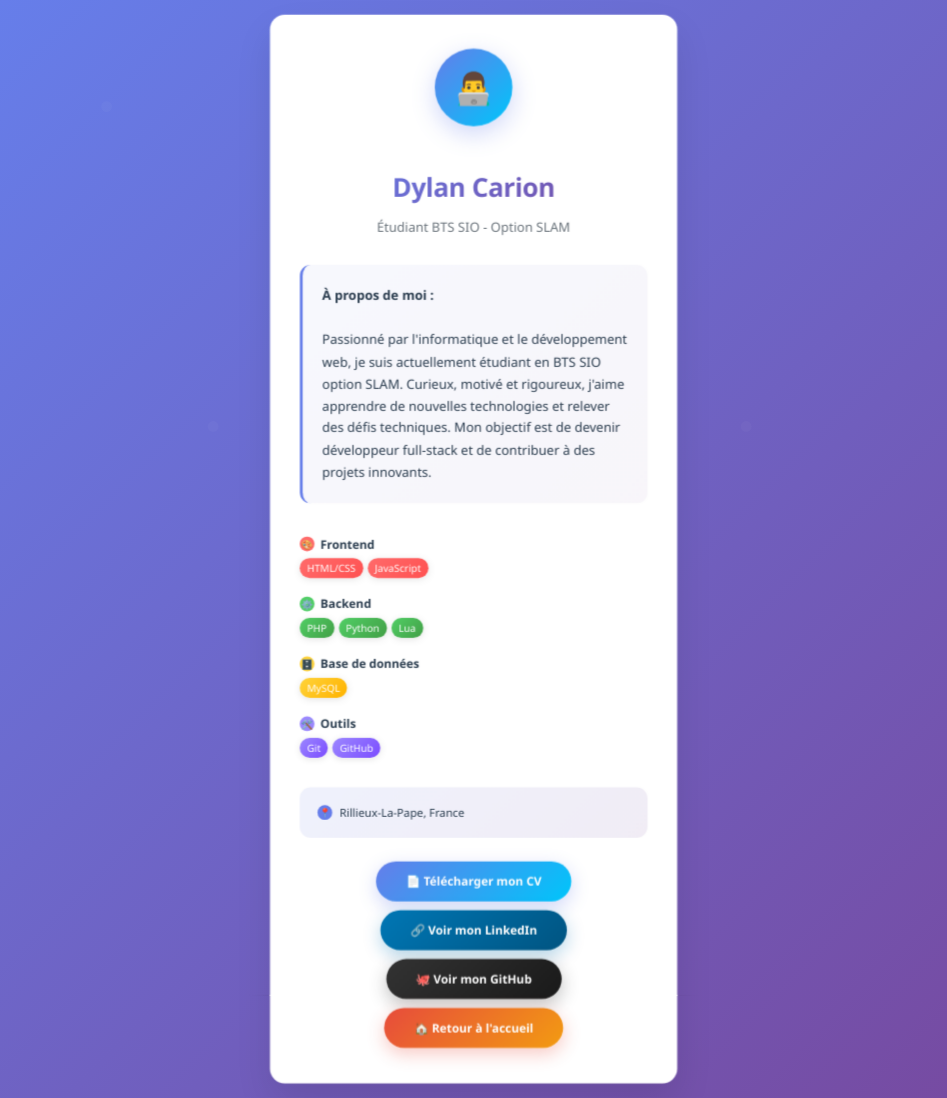
Repository: gato2fraises/Portfolio
Page: cv.html
The author's editor kept a copy of each file at every save. The page is drawn from the files as they stood at one save, then again after the next save.
The browser window is 1280 px wide. The pictures show the whole page, at 74% of full size.

Above is the page before, as saved 2025-09-10 15:34:13.

### cv.html
<!DOCTYPE html>
<html lang="fr">
<head>
    <meta charset="UTF-8">
    <title>Dylan Carion - CV</title>
    <meta name="viewport" content="width=device-width, initial-scale=1">
    <style>
        :root {
            --primary: #667eea;
            --secondary: #764ba2;
            --accent: #00c6fb;
            --linkedin: #0077b5;
            --github: #333333;
            --frontend: #ff6b6b;
            --backend: #51cf66;
            --database: #ffd43b;
            --tools: #9c88ff;
            --text: #2c3e50;
            --text-light: #6c757d;
            --white: #ffffff;
            --shadow: rgba(0, 0, 0, 0.1);
        }

        * {
            box-sizing: border-box;
            margin: 0;
            padding: 0;
        }

        body {
            font-family: 'Segoe UI', Tahoma, Geneva, Verdana, sans-serif;
            background: linear-gradient(135deg, var(--primary) 0%, var(--secondary) 100%);
            min-height: 100vh;
            display: flex;
            align-items: center;
            justify-content: center;
            padding: 20px;
            position: relative;
            overflow-x: auto;
        }

        /* Animation de fond */
        body::before {
            content: '';
            position: fixed;
            top: 0;
            left: 0;
            width: 100%;
            height: 100%;
            background: url('data:[embedded picture, 425 characters]');
            pointer-events: none;
            z-index: 0;
        }

        .container {
            background: var(--white);
            padding: 3em 2.5em;
            border-radius: 20px;
            max-width: 550px;
            width: 100%;
            box-shadow:
                0 25px 50px var(--shadow),
                0 0 0 1px rgba(255, 255, 255, 0.2);
            backdrop-filter: blur(10px);
            text-align: center;
            position: relative;
            z-index: 1;
            animation: slideInUp 0.8s cubic-bezier(0.16, 1, 0.3, 1);
        }

        @keyframes slideInUp {
            from {
                opacity: 0;
                transform: translateY(50px);
            }
            to {
                opacity: 1;
                transform: translateY(0);
            }
        }

        .profile-section {
            margin-bottom: 2.5em;
        }

        .avatar {
            width: 100px;
            height: 100px;
            border-radius: 50%;
            background: linear-gradient(135deg, var(--primary), var(--accent));
            margin: 0 auto 1.5em;
            display: flex;
            align-items: center;
            justify-content: center;
            font-size: 2.5em;
            color: var(--white);
            box-shadow: 0 10px 30px rgba(102, 126, 234, 0.3);
            animation: pulse 2s ease-in-out infinite;
        }

        @keyframes pulse {
            0%, 100% {
                transform: scale(1);
            }
            50% {
                transform: scale(1.05);
            }
        }

        h1 {
            color: var(--text);
            font-size: 2.2em;
            margin-bottom: 0.5em;
            font-weight: 700;
            letter-spacing: -0.5px;
            background: linear-gradient(135deg, var(--primary), var(--secondary));
            -webkit-background-clip: text;
            -webkit-text-fill-color: transparent;
            background-clip: text;
        }

        .subtitle {
            color: var(--text-light);
            font-size: 1.1em;
            margin-bottom: 2em;
            font-weight: 500;
        }

        .description {
            color: var(--text);
            font-size: 1.1em;
            line-height: 1.7;
            margin-bottom: 2.5em;
            text-align: left;
            background: linear-gradient(135deg, rgba(102, 126, 234, 0.05), rgba(118, 75, 162, 0.05));
            padding: 1.5em;
            border-radius: 15px;
            border-left: 4px solid var(--primary);
        }

        .skills-section {
            margin-bottom: 2.5em;
        }

        .skill-category {
            margin-bottom: 1.5em;
            text-align: left;
        }

        .skill-category:last-child {
            margin-bottom: 0;
        }

        .category-title {
            font-size: 1em;
            font-weight: 600;
            color: var(--text);
            margin-bottom: 8px;
            display: flex;
            align-items: center;
            gap: 8px;
        }

        .category-icon {
            width: 20px;
            height: 20px;
            border-radius: 50%;
            display: flex;
            align-items: center;
            justify-content: center;
            font-size: 0.8em;
            color: var(--white);
        }

        .frontend .category-icon {
            background: var(--frontend);
        }

        .backend .category-icon {
            background: var(--backend);
        }

        .database .category-icon {
            background: var(--database);
        }

        .tools .category-icon {
            background: var(--tools);
        }

        .skills {
            display: flex;
            flex-wrap: wrap;
            gap: 6px;
        }

        .skill-tag {
            color: var(--white);
            padding: 4px 10px;
            border-radius: 15px;
            font-size: 0.85em;
            font-weight: 500;
            box-shadow: 0 2px 8px rgba(0, 0, 0, 0.1);
            transition: transform 0.2s ease;
        }

        .skill-tag:hover {
            transform: translateY(-2px);
        }

        .frontend .skill-tag {
            background: linear-gradient(135deg, var(--frontend), #ff5252);
        }

        .backend .skill-tag {
            background: linear-gradient(135deg, var(--backend), #43a047);
        }

        .database .skill-tag {
            background: linear-gradient(135deg, var(--database), #ffb300);
        }

        .tools .skill-tag {
            background: linear-gradient(135deg, var(--tools), #7c4dff);
        }

        .contact-info {
            margin-bottom: 2em;
            padding: 1.5em;
            background: linear-gradient(135deg, rgba(102, 126, 234, 0.1), rgba(118, 75, 162, 0.1));
            border-radius: 15px;
            text-align: left;
        }

        .contact-item {
            display: flex;
            align-items: center;
            gap: 10px;
            margin-bottom: 10px;
            color: var(--text);
            font-size: 0.95em;
        }

        .contact-item:last-child {
            margin-bottom: 0;
        }

        .contact-icon {
            width: 20px;
            height: 20px;
            display: flex;
            align-items: center;
            justify-content: center;
            background: var(--primary);
            color: var(--white);
            border-radius: 50%;
            font-size: 0.8em;
        }

        .buttons {
            display: flex;
            flex-direction: column;
            gap: 12px;
            align-items: center;
        }

        .btn {
            display: inline-block;
            padding: 1em 2.5em;
            text-decoration: none;
            border-radius: 50px;
            font-weight: 600;
            font-size: 1em;
            transition: all 0.3s cubic-bezier(0.4, 0, 0.2, 1);
            position: relative;
            overflow: hidden;
            min-width: 200px;
            text-align: center;
        }

        .btn::before {
            content: '';
            position: absolute;
            top: 0;
            left: -100%;
            width: 100%;
            height: 100%;
            background: linear-gradient(90deg, transparent, rgba(255, 255, 255, 0.2), transparent);
            transition: left 0.5s;
        }

        .btn:hover::before {
            left: 100%;
        }

        .btn-primary {
            background: linear-gradient(135deg, var(--primary) 0%, var(--accent) 100%);
            color: var(--white);
            box-shadow: 0 8px 25px rgba(102, 126, 234, 0.3);
        }

        .btn-primary:hover {
            transform: translateY(-3px);
            box-shadow: 0 15px 35px rgba(102, 126, 234, 0.4);
        }

        .btn-linkedin {
            background: linear-gradient(135deg, var(--linkedin) 0%, #005582 100%);
            color: var(--white);
            box-shadow: 0 8px 25px rgba(0, 119, 181, 0.3);
        }

        .btn-linkedin:hover {
            transform: translateY(-3px);
            box-shadow: 0 15px 35px rgba(0, 119, 181, 0.4);
        }

        .btn-github {
            background: linear-gradient(135deg, var(--github) 0%, #1a1a1a 100%);
            color: var(--white);
            box-shadow: 0 8px 25px rgba(51, 51, 51, 0.3);
        }

        .btn-github:hover {
            transform: translateY(-3px);
            box-shadow: 0 15px 35px rgba(51, 51, 51, 0.4);
        }

        .btn-secondary {
            background: linear-gradient(135deg, #e74c3c 0%, #f39c12 100%);
            color: var(--white);
            box-shadow: 0 8px 25px rgba(231, 76, 60, 0.3);
        }

        .btn-secondary:hover {
            transform: translateY(-3px);
            box-shadow: 0 15px 35px rgba(231, 76, 60, 0.4);
        }

        @media (max-width: 600px) {
            .container {
                padding: 2em 1.5em;
                max-width: 95vw;
                border-radius: 15px;
            }

            h1 {
                font-size: 1.8em;
            }

            .avatar {
                width: 80px;
                height: 80px;
                font-size: 2em;
            }

            .description {
                font-size: 1em;
                padding: 1.2em;
            }

            .btn {
                width: 100%;
                min-width: auto;
            }

            .skills {
                gap: 4px;
            }

            .skill-tag {
                font-size: 0.75em;
                padding: 3px 8px;
            }

            .category-title {
                font-size: 0.9em;
            }
        }

        @media (max-width: 400px) {
            .container {
                padding: 1.5em 1em;
            }

            h1 {
                font-size: 1.6em;
            }

            .btn {
                font-size: 0.9em;
                padding: 0.9em 2em;
            }
        }
    </style>
</head>
<body>
    <div class="container">
        <div class="profile-section">
            <div class="avatar">👨‍💻</div>
            <h1>Dylan Carion</h1>
            <div class="subtitle">Étudiant BTS SIO - Option SLAM</div>
        </div>

        <div class="description">
            <strong>À propos de moi :</strong><br><br>
            Passionné par l'informatique et le développement web, je suis actuellement étudiant en BTS SIO option SLAM.
            Curieux, motivé et rigoureux, j'aime apprendre de nouvelles technologies et relever des défis techniques.
            Mon objectif est de devenir développeur full-stack et de contribuer à des projets innovants.
        </div>

        <div class="skills-section">
            <div class="skill-category frontend">
                <div class="category-title">
                    <div class="category-icon">🎨</div>
                    <span>Frontend</span>
                </div>
                <div class="skills">
                    <span class="skill-tag">HTML/CSS</span>
                    <span class="skill-tag">JavaScript</span>
                </div>
            </div>

            <div class="skill-category backend">
                <div class="category-title">
                    <div class="category-icon">⚙️</div>
                    <span>Backend</span>
                </div>
                <div class="skills">
                    <span class="skill-tag">PHP</span>
                    <span class="skill-tag">Python</span>
                    <span class="skill-tag">Lua</span>
                </div>
            </div>

            <div class="skill-category database">
                <div class="category-title">
                    <div class="category-icon">🗄️</div>
                    <span>Base de données</span>
                </div>
                <div class="skills">
                    <span class="skill-tag">MySQL</span>
                </div>
            </div>

            <div class="skill-category tools">
                <div class="category-title">
                    <div class="category-icon">🛠️</div>
                    <span>Outils</span>
                </div>
                <div class="skills">
                    <span class="skill-tag">Git</span>
                    <span class="skill-tag">GitHub</span>
                </div>
            </div>
        </div>

        <div class="contact-info">
            <div class="contact-item">
                <div class="contact-icon">📍</div>
                <span>Rillieux-La-Pape, France</span>
            </div>
        </div>

        <div class="buttons">
            <a href="document/cv.pdf" class="btn btn-primary" download>
                📄 Télécharger mon CV
            </a>
            <a href="https://linkedin.com/in/dylan-carion-98318a208" class="btn btn-linkedin" target="_blank" rel="noopener noreferrer">
                🔗 Voir mon LinkedIn
            </a>
            <a href="https://github.com/gato2fraises" class="btn btn-github" target="_blank" rel="noopener noreferrer">
                🐙 Voir mon GitHub
            </a>
            <a href="Page.html" class="btn btn-secondary">
                🏠 Retour à l'accueil
            </a>
        </div>
    </div>
</body>
</html>

After the next save:
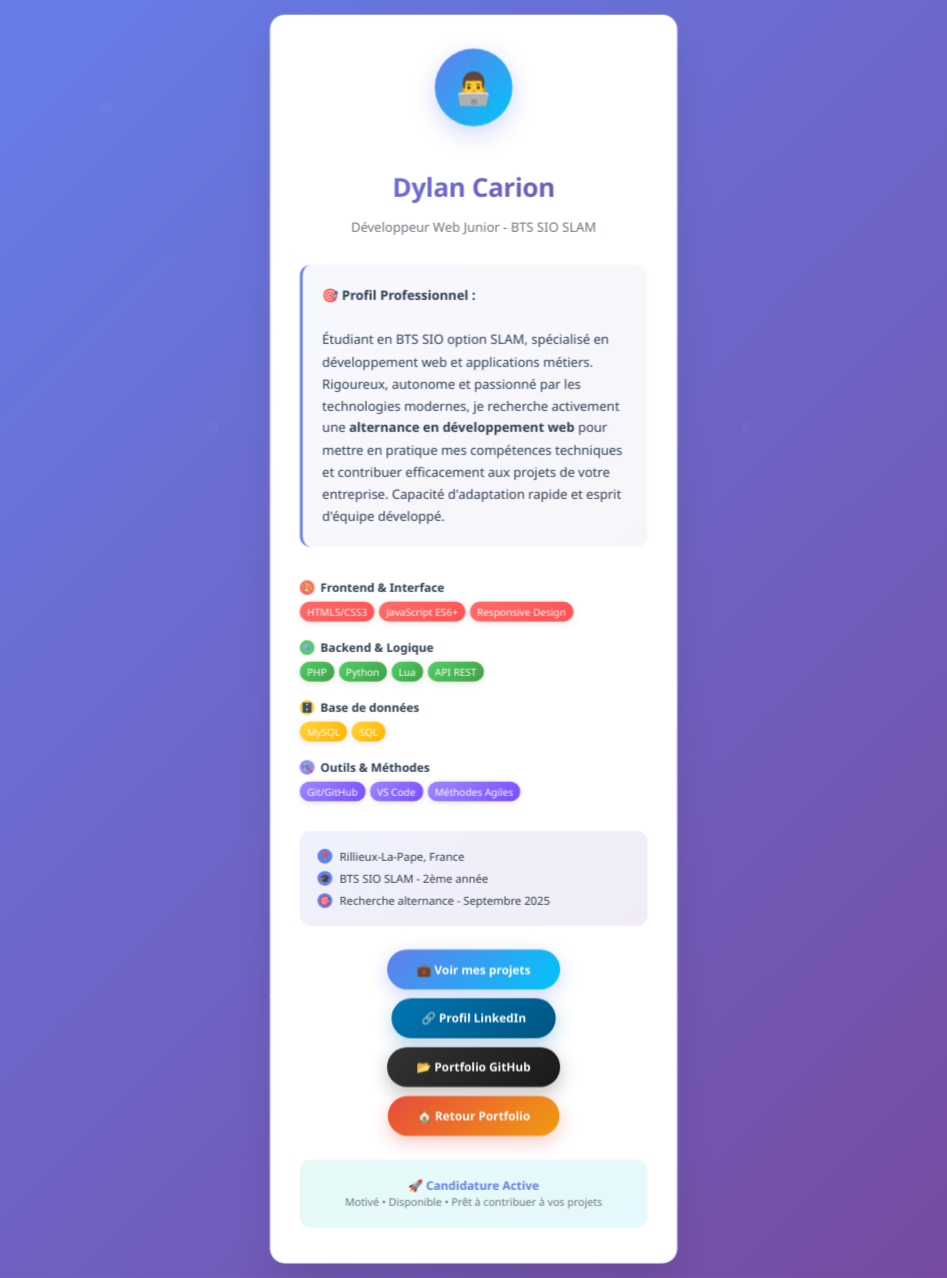
Saved 99 s later.
--- a/cv.html
+++ b/cv.html
@@ -399,37 +399,41 @@
         <div class="profile-section">
             <div class="avatar">👨‍💻</div>
             <h1>Dylan Carion</h1>
-            <div class="subtitle">Étudiant BTS SIO - Option SLAM</div>
+            <div class="subtitle">Développeur Web Junior - BTS SIO SLAM</div>
         </div>
 
         <div class="description">
-            <strong>À propos de moi :</strong><br><br>
-            Passionné par l'informatique et le développement web, je suis actuellement étudiant en BTS SIO option SLAM.
-            Curieux, motivé et rigoureux, j'aime apprendre de nouvelles technologies et relever des défis techniques.
-            Mon objectif est de devenir développeur full-stack et de contribuer à des projets innovants.
+            <strong>🎯 Profil Professionnel :</strong><br><br>
+            Étudiant en BTS SIO option SLAM, spécialisé en développement web et applications métiers.
+            Rigoureux, autonome et passionné par les technologies modernes, je recherche activement
+            une <strong>alternance en développement web</strong> pour mettre en pratique mes compétences
+            techniques et contribuer efficacement aux projets de votre entreprise. Capacité d'adaptation
+            rapide et esprit d'équipe développé.
         </div>
 
         <div class="skills-section">
             <div class="skill-category frontend">
                 <div class="category-title">
                     <div class="category-icon">🎨</div>
-                    <span>Frontend</span>
+                    <span>Frontend & Interface</span>
                 </div>
                 <div class="skills">
-                    <span class="skill-tag">HTML/CSS</span>
-                    <span class="skill-tag">JavaScript</span>
+                    <span class="skill-tag">HTML5/CSS3</span>
+                    <span class="skill-tag">JavaScript ES6+</span>
+                    <span class="skill-tag">Responsive Design</span>
                 </div>
             </div>
 
             <div class="skill-category backend">
                 <div class="category-title">
                     <div class="category-icon">⚙️</div>
-                    <span>Backend</span>
+                    <span>Backend & Logique</span>
                 </div>
                 <div class="skills">
                     <span class="skill-tag">PHP</span>
                     <span class="skill-tag">Python</span>
                     <span class="skill-tag">Lua</span>
+                    <span class="skill-tag">API REST</span>
                 </div>
             </div>
 
@@ -440,17 +444,19 @@
                 </div>
                 <div class="skills">
                     <span class="skill-tag">MySQL</span>
+                    <span class="skill-tag">SQL</span>
                 </div>
             </div>
 
             <div class="skill-category tools">
                 <div class="category-title">
                     <div class="category-icon">🛠️</div>
-                    <span>Outils</span>
+                    <span>Outils & Méthodes</span>
                 </div>
                 <div class="skills">
-                    <span class="skill-tag">Git</span>
-                    <span class="skill-tag">GitHub</span>
+                    <span class="skill-tag">Git/GitHub</span>
+                    <span class="skill-tag">VS Code</span>
+                    <span class="skill-tag">Méthodes Agiles</span>
                 </div>
             </div>
         </div>
@@ -460,21 +466,36 @@
                 <div class="contact-icon">📍</div>
                 <span>Rillieux-La-Pape, France</span>
             </div>
+            <div class="contact-item">
+                <div class="contact-icon">🎓</div>
+                <span>BTS SIO SLAM - 2ème année</span>
+            </div>
+            <div class="contact-item">
+                <div class="contact-icon">🎯</div>
+                <span>Recherche alternance - Septembre 2025</span>
+            </div>
         </div>
 
         <div class="buttons">
-            <a href="document/cv.pdf" class="btn btn-primary" download>
-                📄 Télécharger mon CV
+            <a href="projet.html" class="btn btn-primary">
+                💼 Voir mes projets
             </a>
             <a href="https://linkedin.com/in/dylan-carion-98318a208" class="btn btn-linkedin" target="_blank" rel="noopener noreferrer">
-                🔗 Voir mon LinkedIn
+                🔗 Profil LinkedIn
             </a>
             <a href="https://github.com/gato2fraises" class="btn btn-github" target="_blank" rel="noopener noreferrer">
-                🐙 Voir mon GitHub
+                📂 Portfolio GitHub
             </a>
             <a href="Page.html" class="btn btn-secondary">
-                🏠 Retour à l'accueil
+                🏠 Retour Portfolio
             </a>
+        </div>
+
+        <div style="margin-top: 2em; padding: 1.5em; background: linear-gradient(135deg, rgba(0, 212, 170, 0.1), rgba(0, 198, 251, 0.1)); border-radius: 15px; text-align: center;">
+            <strong style="color: var(--primary);">🚀 Candidature Active</strong><br>
+            <span style="color: var(--text-light); font-size: 0.9em;">
+                Motivé • Disponible • Prêt à contribuer à vos projets
+            </span>
         </div>
     </div>
 </body>
